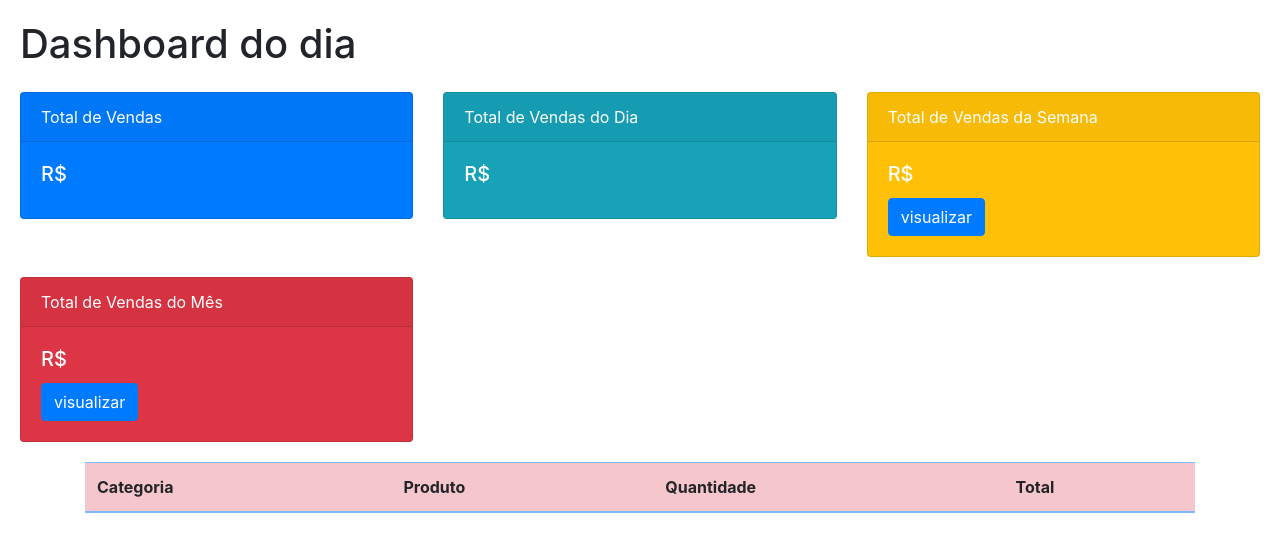
Repository: joaobatistafrontend/vendas_produto
Page: templates/detalhesDias.html
These files come from the project's save history. The page is drawn as it stood at one moment and after the next save; the edit follows.
The browser window is 1280 px wide. The pictures show the whole page.
The template is drawn by Django 5.2. The application's start-up code is not run. The template is opened directly, without the code that normally fills it, so the values that code supplies are empty.

Above is the page before, as saved 2024-08-05 00:40:07.

After the next save:
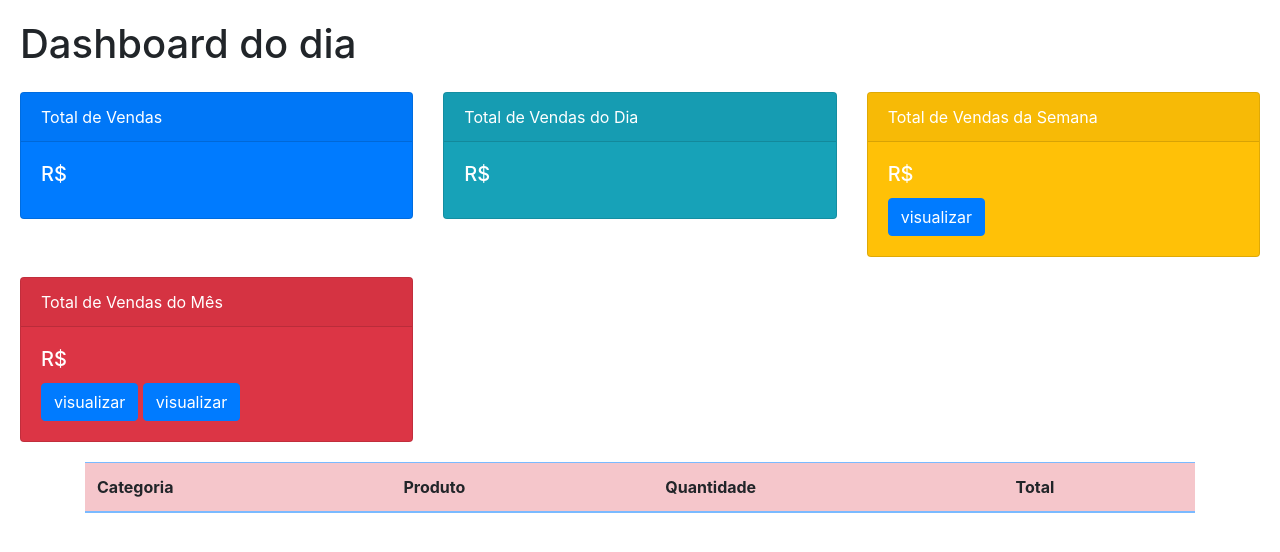
Saved 107 s later.
--- a/templates/detalhesDias.html
+++ b/templates/detalhesDias.html
@@ -58,6 +58,8 @@
                 <div class="card-body">
                     <h5 class="card-title">R${{ total_mes }}</h5>
                     <button class="btn btn-primary">visualizar</button>
+                    <button class="btn btn-primary" onclick="window.location.href = '{% url 'detalhesMes' %}'">visualizar</button>
+
                 </div>
             </div>
         </div>

After the save that followed:
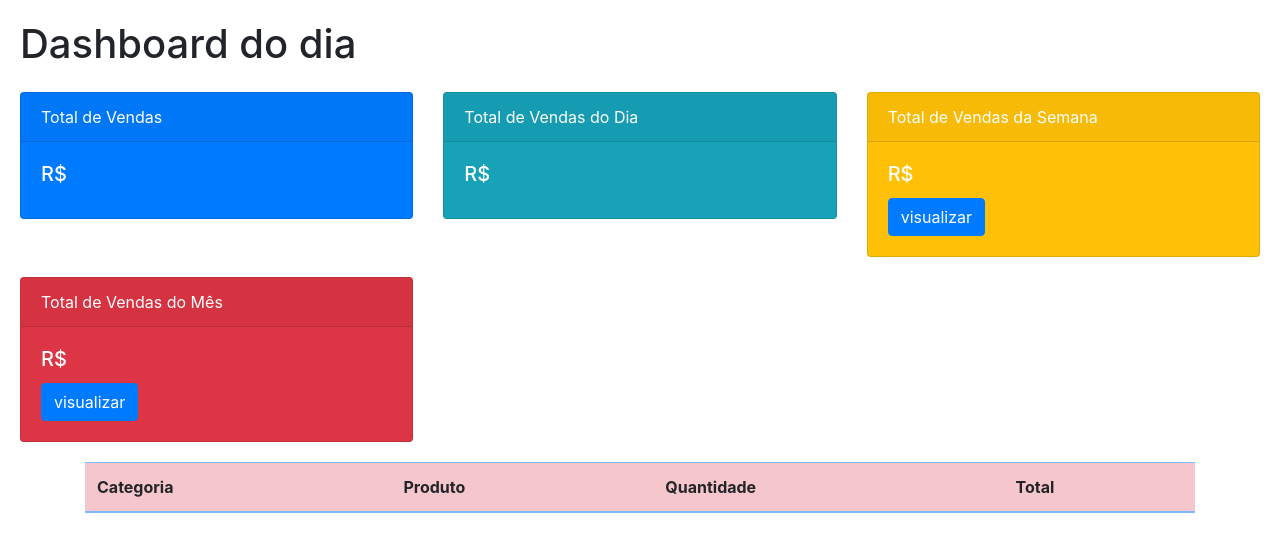
Saved 15 s later.
--- a/templates/detalhesDias.html
+++ b/templates/detalhesDias.html
@@ -57,7 +57,6 @@
                 <div class="card-header">Total de Vendas do Mês</div>
                 <div class="card-body">
                     <h5 class="card-title">R${{ total_mes }}</h5>
-                    <button class="btn btn-primary">visualizar</button>
                     <button class="btn btn-primary" onclick="window.location.href = '{% url 'detalhesMes' %}'">visualizar</button>
 
                 </div>
